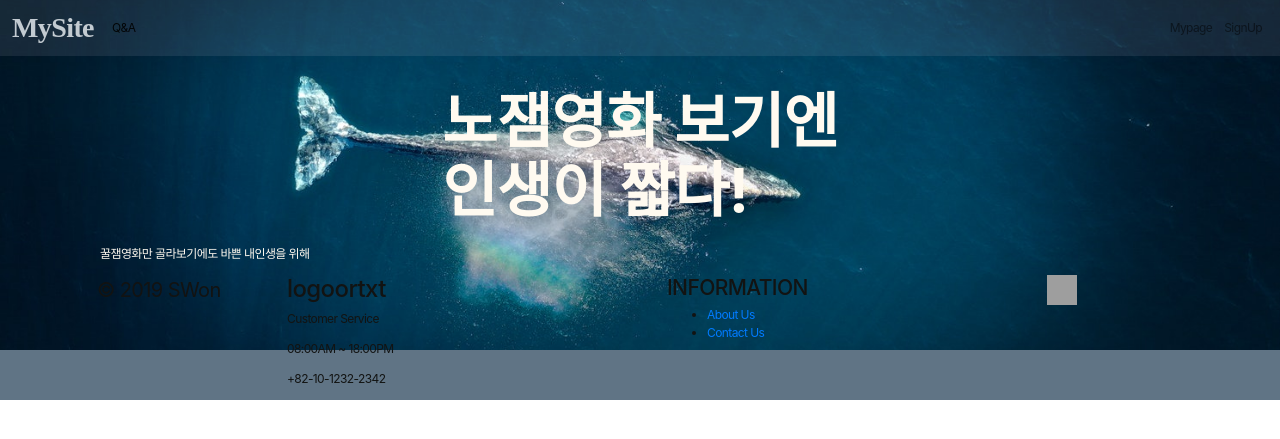
Repository: JungSWon/Project
Page: http://localhost/
The author's editor kept a record of every edit. The page is drawn from the files as they stood at one moment, then again after the next edit.
The browser window is 1280 px wide. The pictures show the whole page.
Pictures or frames that could not be fetched are drawn as grey boxes. Some web fonts or font styles are not loaded; a fallback is used. The page is served by the project's application, run on Django 2.2 (pj05/manage.py). Other server files are loaded and not shown.

Above is the page before.

### 05_detail/pj05/detail/views.py
from django.shortcuts import render

# Create your views here.
def index(request):
    return render(request,'index.html')

def qna(request):
    return render(request,'qna.html')


def mypage(request):
    return render(request,'mypage.html')


def signup(request):
    return render(request,'signup.html')

def notfound(request,noturl):
    return render(request,'notfound.html',{'noturl':noturl})

### 05_detail/pj05/detail/templates/index.html
{% extends 'base.html' %}

{% block title %}
프로젝트공오다시디테일
{% endblock %}


{% block body %}
<section id='cover'>
    <div class="container">
        <div class="col">
            <!-- 4 -->
            <h2 class="cover-title">
                노잼영화 보기엔<br>
                인생이 짧다!<br>
            </h2>
            <a class="cover-text"> 꿀잼영화만 골라보기에도 바쁜 내인생을 위해 </a>
        </div>
    </div>
</section>

<footer id="footer" >
    <div class="container">
        <div class="row">
            <div class="col-2">
                <p class="footer-copy">&copy; 2019 SWon</p>
            </div>
            <div class="col-4">
                <h2 class='footer-brand'>logoortxt</h2>
                <p class="footer-text">Customer Service</p>
                <p class="footer-text">08:00AM ~ 18:00PM</p>
                <p class="footer-text">+82-10-1232-2342</p>
            </div>
            <div class="col-4" >
                <h3 class='footer-title'>INFORMATION</h3>
                <ul class='footer-text'>
                    <li><a href="#">About Us</a></li>
                    <li><a href="#">Contact Us</a></li>
                </ul>
            </div>
            <div class="col-2" >
                <a href="#" class="top"><img src="../02.web/assets/Arrows-Right-Arrow-icon.png" alt=""></a>
            </div>
        </div>
    </div>
</footer>

{% endblock %}

### 05_detail/pj05/detail/templates/base.html
{% load static %}
<!DOCTYPE html>
<html lang="ko">
    <head>
        <meta charset="UTF-8">
        <meta name="viewport" content="width=device-width, initial-scale=1.0">
        <meta http-equiv="X-UA-Compatible" content="ie=edge">
        <link rel="stylesheet" href="https://stackpath.bootstrapcdn.com/bootstrap/4.3.1/css/bootstrap.min.css" integrity="sha384-ggOyR0iXCbMQv3Xipma34MD+dH/1fQ784/j6cY/iJTQUOhcWr7x9JvoRxT2MZw1T" crossorigin="anonymous">
        <link rel='stylesheet' href="{% static 'css/style.css' %}">
        <!--/pj05/detail/static/css/style.css-->
        <link href="https://fonts.googleapis.com/css?family=Baloo+Thambi|Noto+Sans+KR:400,700,900|Work+Sans:400,700,900" rel="stylesheet">
        <!--<link rel ='icon' type='image/png' sizes="96x96" href="{% static 'assets/icons8-finn-96.png' %}">-->
        <title>{% block title %}{% endblock %}</title>
    </head>

<body>
        <nav class="navbar col-12 navbar-expand-sm navbar-light bg-fad sticky-top">
        <a class="navbar-brand" href="#"> MySite </a>
        <button class="navbar-toggler" type="button" data-toggle="collapse" data-target="#navbarNav" aria-controls="navbarNav" aria-expanded="false" aria-label="Toggle navigation">
            <span class="navbar-toggler-icon"></span>
        </button>
        <div class="navbar-nav">
            <li class="nav-item active" id="navbarNav">
                <a class="nav-link" href="/qna">Q&A <span class="sr-only">(current)</span></a>
            </li>
        </div>
        <div class="collapse navbar-collapse" id="navbarNav">
            <ul class="navbar-nav">
                <li class="nav-item">
                    <a class="nav-link" href="/mypage">Mypage</a>
                </li>
                <li class="nav-item">
                    <a class="nav-link" href="/signup">SignUp</a>
                </li>
            </ul>
        </div>
        </nav>

        <script src="https://code.jquery.com/jquery-3.3.1.slim.min.js" integrity="sha384-q8i/X+965DzO0rT7abK41JStQIAqVgRVzpbzo5smXKp4YfRvH+8abtTE1Pi6jizo" crossorigin="anonymous"></script>
        <script src="https://cdnjs.cloudflare.com/ajax/libs/popper.js/1.14.7/umd/popper.min.js" integrity="sha384-UO2eT0CpHqdSJQ6hJty5KVphtPhzWj9WO1clHTMGa3JDZwrnQq4sF86dIHNDz0W1" crossorigin="anonymous"></script>
        <script src="https://stackpath.bootstrapcdn.com/bootstrap/4.3.1/js/bootstrap.min.js" integrity="sha384-JjSmVgyd0p3pXB1rRibZUAYoIIy6OrQ6VrjIEaFf/nJGzIxFDsf4x0xIM+B07jRM" crossorigin="anonymous"></script>
    {% block body %}
    {% endblock %}
</body>
</html>

### 05_detail/pj05/pj05_detail/urls.py
"""pj05_detail URL Configuration

The `urlpatterns` list routes URLs to views. For more information please see:
    https://docs.djangoproject.com/en/2.1/topics/http/urls/
Examples:
Function views
    1. Add an import:  from my_app import views
    2. Add a URL to urlpatterns:  path('', views.home, name='home')
Class-based views
    1. Add an import:  from other_app.views import Home
    2. Add a URL to urlpatterns:  path('', Home.as_view(), name='home')
Including another URLconf
    1. Import the include() function: from django.urls import include, path
    2. Add a URL to urlpatterns:  path('blog/', include('blog.urls'))
"""
from django.contrib import admin
from django.urls import path
from detail import views

urlpatterns = [
    path('admin/', admin.site.urls),
    path('', views.index),
    path('mypage', views.mypage),
    path('notfound', views.notfound),
    path('qna', views.qna),
    path('signup', views.signup),
]

### 05_detail/pj05/detail/static/css/style.css
html{
    font-size: 12px;
    font-family: 'Work Sans', sans-serif;
    font-family: 'Noto Sans KR', sans-serif;
    letter-spacing: -0.05em;
}


.navbar {
    padding-top: 10px;
    padding-bottom: 10px;
    background-color: rgba(210, 208, 222, 0.1);
    position: absolute;
}



    /* 아이템 좌측이동 */
.collapse.navbar-collapse {
    justify-content: flex-end;
}

#navbarNav {
    color: #c3cbd1;
}


    /* 네브바 좌측 대표이름, 로고 */
.navbar-light .navbar-brand {
    font-family: 'Baloo Thambi', cursive;
    font-size: 28px;
    line-height: 1;
    font-weight: 700;
    color: #c3cbd1;
}




/*index*/


#cover{
    display: flex;
    justify-content: flex-start;
    align-items: center;
    height: 350px;
    background-size: cover;
    background-position: center center;
    color: floralwhite;
    background-image: url('/static/assets/cover.jpg');
}

.cover-title{
    font-size: 60px;
    line-height: 1.15;
    font-weight: 700;
    margin-bottom: 20px;
    display: flex;
    justify-content: center;
}




#footer{
    padding: 0 1rem 0 3rem;
    height: 50px;
    background-color: #607485;
    color: #121312;
    display: flex;
    align-items: flex-end;
}


.footer-copy{
    letter-spacing: -0.04;
    display: flex;
    align-items: flex-end;
    font-size: 20px;
}



a.top{
    line-height: 2rem;
    margin-bottom: 10px;
}

a.top img{
    width: 30px;
    height: 30px;
    position: relative;
}



.page-body{
    margin: 100px 30px;
}


/*signup*/
.signup-t{
    margin:30px 0;
}





/*Q&A*/
.qnatitle{
    margin:30px 0;
    display: flex;
    justify-content: center;
}





/*mypage*/

.mypage-body{
    margin: 100px 200px;
}

.image-cropper {
    width: 184px;
    height: 184px;
    position: relative;
    overflow: hidden;
    border-radius: 50%;
    margin-left: 5px;
}

.card-img-top round {
    margin: auto 0;
    height: auto;
    width: 100%;
}


/*notfound*/

#notfound-cover{
    background-color: #FBE725;
    color: #181818;

}

After the next edit:
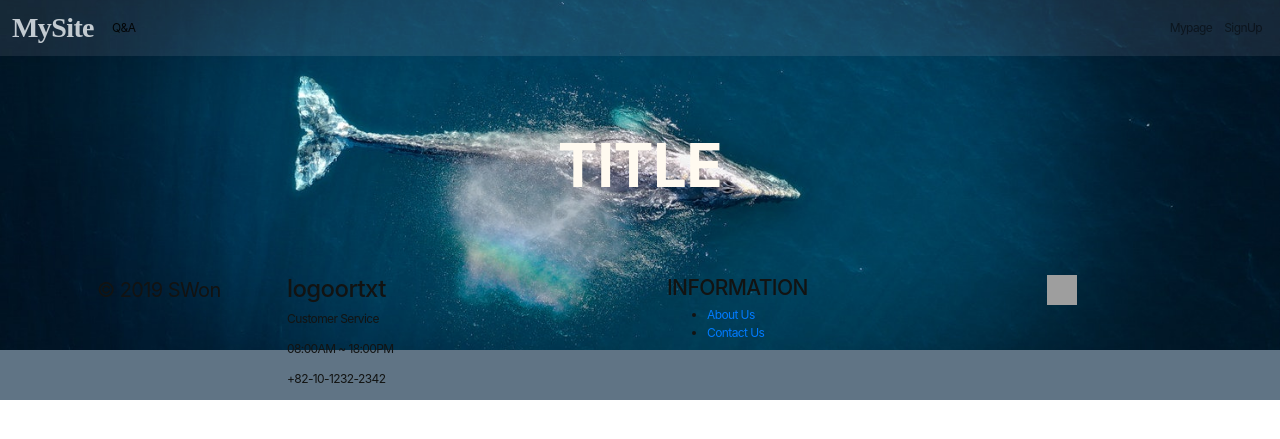
The edit:
--- a/05_detail/pj05/detail/templates/index.html
+++ b/05_detail/pj05/detail/templates/index.html
@@ -11,10 +11,8 @@
         <div class="col">
             <!-- 4 -->
             <h2 class="cover-title">
-                노잼영화 보기엔<br>
-                인생이 짧다!<br>
+                TITLE
             </h2>
-            <a class="cover-text"> 꿀잼영화만 골라보기에도 바쁜 내인생을 위해 </a>
         </div>
     </div>
 </section>
